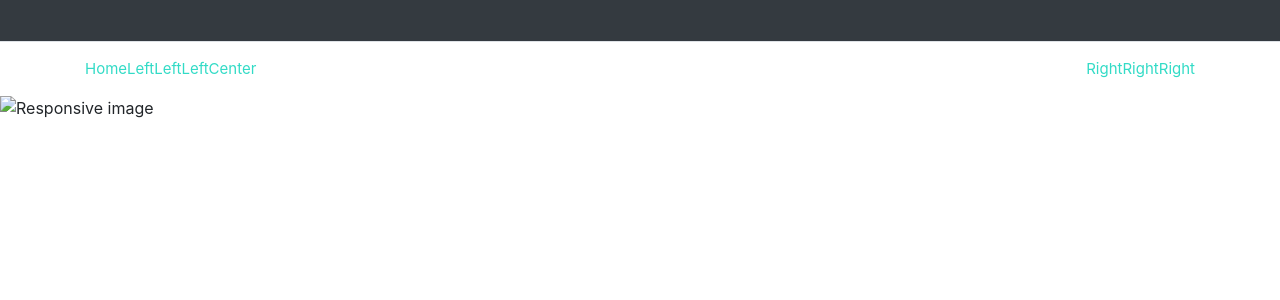
Repository: Alaa-OmarAlshobaki/portfolio
Page: index.html
An editor plug-in stored every save of this project. The page is shown before and after the next save, followed by the edit.
The browser window is 1280 px wide. The pictures show the whole page.
Some web fonts or font styles are not loaded; a fallback is used.

Above is the page before, as saved 2020-03-11 23:55:59.

### index.html
<!DOCTYPE html>
<html lang="en">
  <head>
    <meta charset="UTF-8" />
    <meta name="viewport" content="width=device-width, initial-scale=1.0" />
    <link rel="icon" href="public/img/cv.png" type="image/gif" sizes="16x16">
    <link rel="stylesheet" href="public/fonts/icomoon/style.css">
    <link rel="stylesheet" href="public/fonts/flaticon/font/flaticon.css">
    <link rel="stylesheet" href="https://stackpath.bootstrapcdn.com/bootstrap/4.3.1/css/bootstrap.min.css" integrity="sha384-ggOyR0iXCbMQv3Xipma34MD+dH/1fQ784/j6cY/iJTQUOhcWr7x9JvoRxT2MZw1T" crossorigin="anonymous">
    <link href="https://fonts.googleapis.com/css?family=Dancing+Script&display=swap" rel="stylesheet">
    <link rel="stylesheet" href="public/js/jquery-ui/jquery-ui.css" />
    <link rel="stylesheet" href="public/css/style.css" />
    <script src="https://code.jquery.com/jquery-3.3.1.slim.min.js" integrity="sha384-q8i/X+965DzO0rT7abK41JStQIAqVgRVzpbzo5smXKp4YfRvH+8abtTE1Pi6jizo" crossorigin="anonymous"></script>
    <script src="https://cdnjs.cloudflare.com/ajax/libs/popper.js/1.14.7/umd/popper.min.js" integrity="sha384-UO2eT0CpHqdSJQ6hJty5KVphtPhzWj9WO1clHTMGa3JDZwrnQq4sF86dIHNDz0W1" crossorigin="anonymous"></script>
    <script src="https://stackpath.bootstrapcdn.com/bootstrap/4.3.1/js/bootstrap.min.js" integrity="sha384-JjSmVgyd0p3pXB1rRibZUAYoIIy6OrQ6VrjIEaFf/nJGzIxFDsf4x0xIM+B07jRM" crossorigin="anonymous"></script>
    <script type="text/javascript" src="public/js/jquery.js"></script>
    <script type="text/javascript" src="public/js/jquery-ui/jquery-ui.js"></script>

    <script>

      </script>

    <title>Portfolio</title>

    </style>
  </head>
  <body>

  <div class="site-wrap">
<!-- start section social header -->
  <section>

    <div class="border-bottom top-bar py-2 bg-dark" id="home-section">
      <div class="container">
        <div class="row">
         <div class="col-7"></div>
          <div class="col-5">
            <div class="row">
              <div class="col-2"><a href="https://github.com/Alaa-OmarAlshobaki"><span class="icon-github"></span></a></div>
              <div class="col-2"><a href="https://jo.linkedin.com/in/ala-a-omar-al-shobaki-1b4059186?trk=people-guest_people_search-card"><span class="icon-linkedin"></span></a></div>
              <div class="col-2"><a href="mailto:alaaomaralshobaki@gmail.com"><span class="icon-mail_outline"></span></a></div>
              <div class="col-2"><a href="tel:+962788320226"><span class="icon-phonelink_ring"></span></a></div>
            </div>
          </div>
        </div>
      </div>
    </div>

</section>
<!-- end section social header -->
<!-- start section header -->
<section>
  <nav class="navbar navbar-toggleable-sm navbar-fixed-top navbar-inverse bg-inverse main-nav">
    <div class="container">
        <ul class="nav navbar-nav">
            <li class="nav-item active">
                <a class="nav-link" href="#">Home</a>
            </li>
            <li class="nav-item">
                <a class="nav-link" href="#">Left</a>
            </li>
            <li class="nav-item">
                <a class="nav-link" href="#">Left</a>
            </li>
            <li class="nav-item">
                <a class="nav-link" href="#">Left</a>
            </li>
        </ul>
        <ul class="nav navbar-nav abs-center-x">
            <li class="nav-item"><a class="nav-link" href="#">Center</a></li>
        </ul>
        <ul class="nav navbar-nav ml-auto">
            <li class="nav-item">
                <a class="nav-link" href="#">Right</a>
            </li>
            <li class="nav-item">
                <a class="nav-link" href="#">Right</a>
            </li>
            <li class="nav-item">
                <a class="nav-link" href="#">Right</a>
            </li>
        </ul>
    </div>
</nav>
</section>
<!-- end section header -->
<!-- start section cover -->
<section>
<div class="container-fluid">
  <div class="row">
    <img src="" class="img-fluid" alt="Responsive image">
  </div>
</div>
</section>
<!-- end section cover -->
  </div><!-- end div site-wrap-->
  </body>
</html>

### public/css/style.css
a {
  color: #32dbc6;
  text-decoration: none;
  background-color: transparent;
  font-size: 15px;
}
a:hover {
  color: #1da493;
  text-decoration: none;
}
.navbar .container .nav > li {
  display: inline-block;
}
.navbar-nav{
  flex-direction: row;
}

Loaded but not shown: public/fonts/icomoon/style.css (common file); public/fonts/flaticon/font/flaticon.css (common file); public/js/jquery-ui/jquery-ui.css (library); public/js/jquery.js (library); public/js/jquery-ui.js (library)

After the next save:
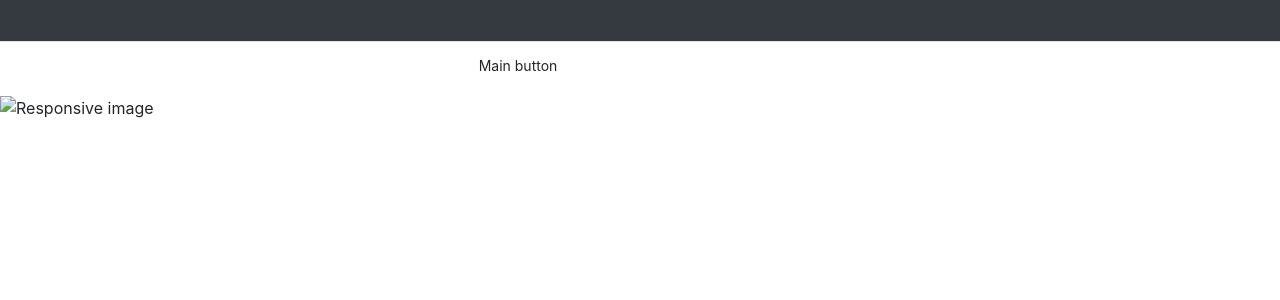
Saved 10 min 6 s later.
--- a/index.html
+++ b/index.html
@@ -50,38 +50,55 @@
 <!-- end section social header -->
 <!-- start section header -->
 <section>
-  <nav class="navbar navbar-toggleable-sm navbar-fixed-top navbar-inverse bg-inverse main-nav">
+   <!--Navbar-->
+   <nav class="navbar navbar-expand-lg navbar-dark primary-color">
+
     <div class="container">
-        <ul class="nav navbar-nav">
-            <li class="nav-item active">
-                <a class="nav-link" href="#">Home</a>
-            </li>
-            <li class="nav-item">
-                <a class="nav-link" href="#">Left</a>
-            </li>
-            <li class="nav-item">
-                <a class="nav-link" href="#">Left</a>
-            </li>
-            <li class="nav-item">
-                <a class="nav-link" href="#">Left</a>
-            </li>
+
+      <!-- Collapse button -->
+      <button class="navbar-toggler float-right" type="button" data-toggle="collapse" data-target="#navbarSupportedContent"
+        aria-controls="navbarSupportedContent" aria-expanded="false" aria-label="Toggle navigation">
+        <span class="navbar-toggler-icon"></span>
+      </button>
+
+      <!-- Collapsible content -->
+      <div class="collapse navbar-collapse justify-content-center" id="navbarSupportedContent">
+
+        <!-- Links -->
+        <ul class="navbar-nav">
+
+          <li class="nav-item">
+            <button class="btn btn-outline-white btn-sm" type="button">Main button</button>
+          </li>
+
+          <li class="nav-item">
+            <a class="nav-link" href="#">Features</a>
+          </li>
+          <li class="nav-item">
+            <a class="nav-link" href="#">Pricing</a>
+          </li>
+
+          <!-- Dropdown -->
+          <li class="nav-item dropdown">
+            <a class="nav-link dropdown-toggle" id="navbarDropdownMenuLink" data-toggle="dropdown" aria-haspopup="true"
+              aria-expanded="false">Dropdown</a>
+            <div class="dropdown-menu dropdown-primary" aria-labelledby="navbarDropdownMenuLink">
+              <a class="dropdown-item" href="#">Action</a>
+              <a class="dropdown-item" href="#">Another action</a>
+              <a class="dropdown-item" href="#">Something else here</a>
+            </div>
+          </li>
+
         </ul>
-        <ul class="nav navbar-nav abs-center-x">
-            <li class="nav-item"><a class="nav-link" href="#">Center</a></li>
-        </ul>
-        <ul class="nav navbar-nav ml-auto">
-            <li class="nav-item">
-                <a class="nav-link" href="#">Right</a>
-            </li>
-            <li class="nav-item">
-                <a class="nav-link" href="#">Right</a>
-            </li>
-            <li class="nav-item">
-                <a class="nav-link" href="#">Right</a>
-            </li>
-        </ul>
+        <!-- Links -->
+
+      </div>
+      <!-- CTA -->
+
     </div>
-</nav>
+
+  </nav>
+  <!--/.Navbar-->
 </section>
 <!-- end section header -->
 <!-- start section cover -->
